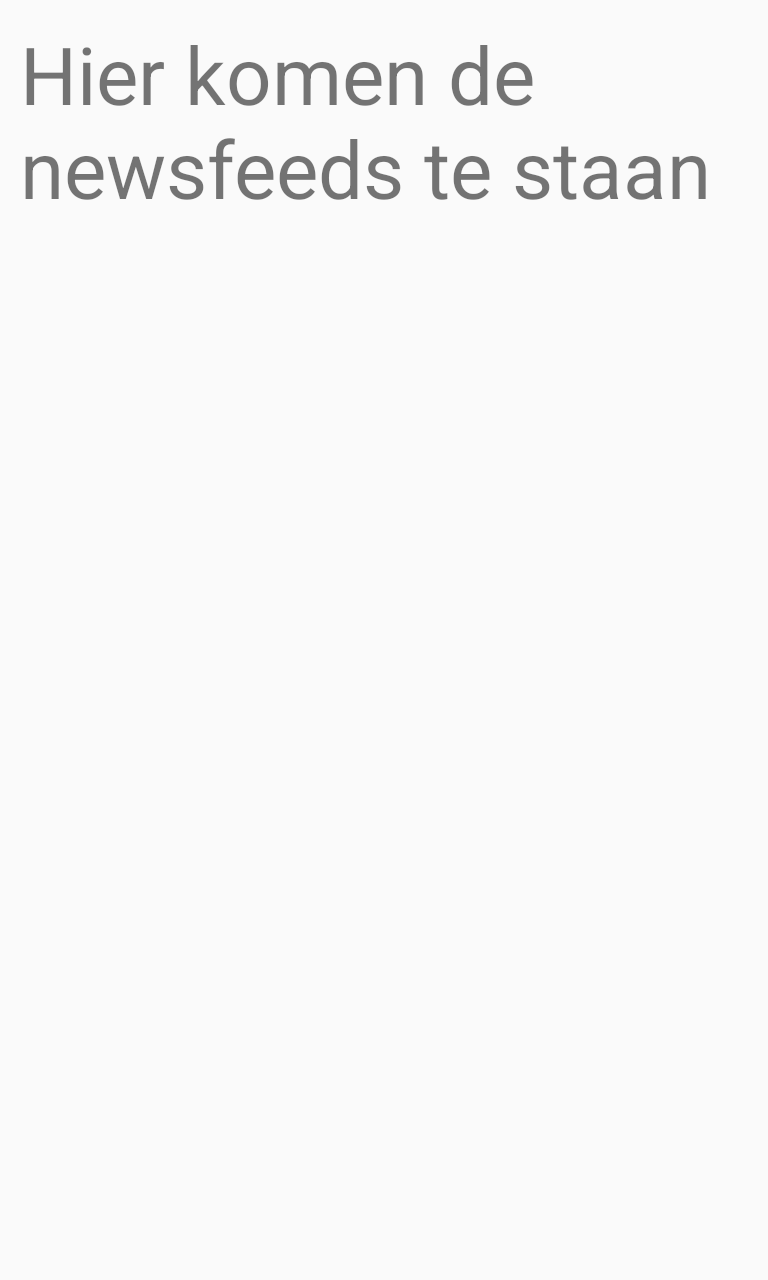
Repository: MarcSelles/BeatYourBucketAndroid
Layout: The_app/BeatYourBucket/res/layout/activity_main.xml
An editor plug-in stored every save of this project. The layout is shown before and after the next save, followed by the edit.
It is drawn on a 768 x 1280 px phone screen (xhdpi) without system bars, with theme AppTheme; the app's code is not run.

Above is the layout before, as saved 2015-01-13 11:00:02.

After the next save:
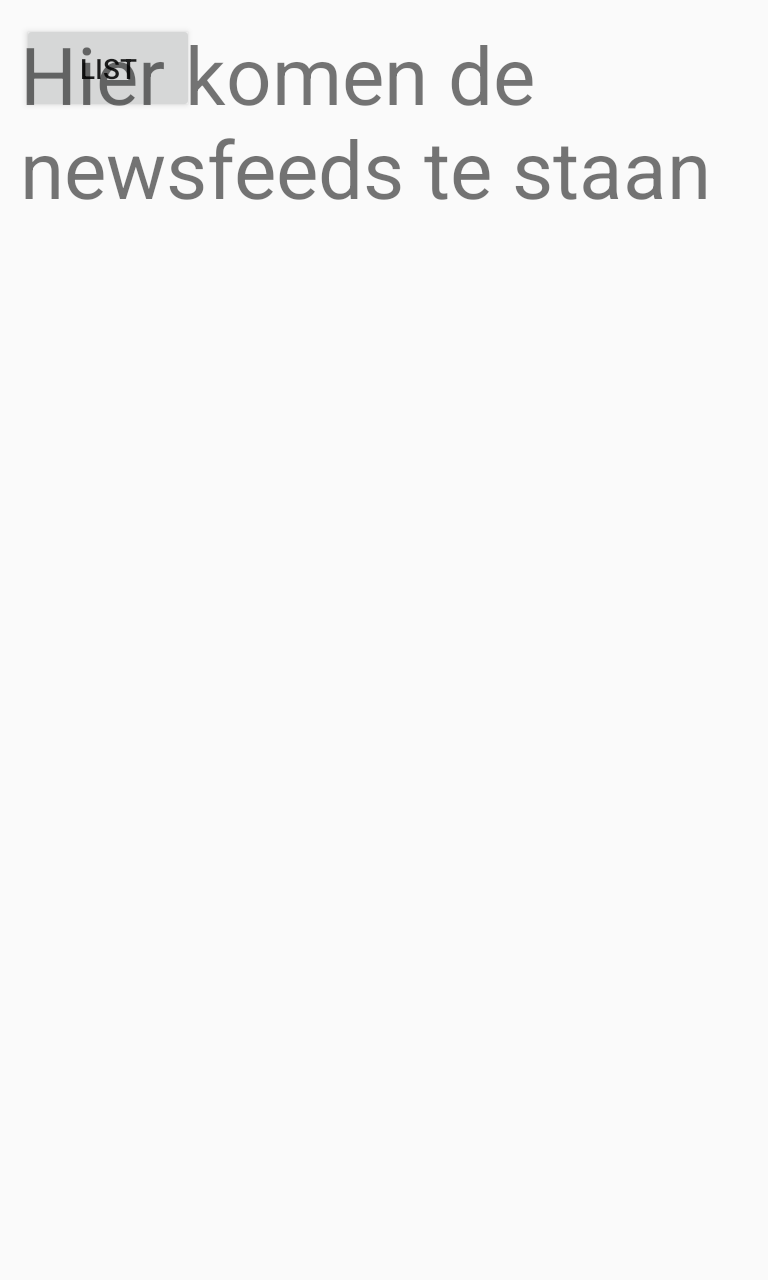
Saved 3 min 13 s later.
--- a/The_app/BeatYourBucket/res/layout/activity_main.xml
+++ b/The_app/BeatYourBucket/res/layout/activity_main.xml
@@ -33,12 +33,8 @@
         			android:id="@+id/list"
         			android:layout_width="wrap_content"
         			android:layout_height="wrap_content"
-        			android:layout_alignLeft="@+id/hoi"
-        			android:layout_below="@+id/hoi"
-        			android:layout_marginTop="44dp"
         			android:onClick="seeList"
-        			android:text="list"
-        			android:visibility="invisible" />
+        			android:text="list" />
 
             </LinearLayout>
 
